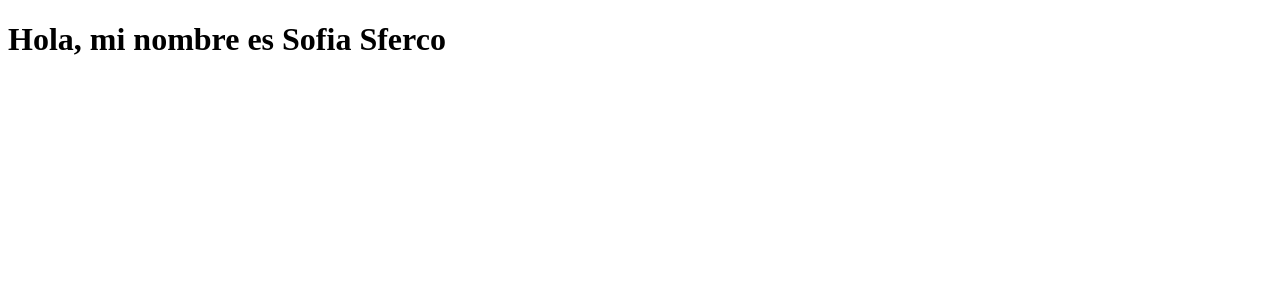
Repository: SofiaSferco/PWA-2026
Page: practico01/index.html
The author's editor kept a copy of each file at every save. The page is drawn from the files as they stood at one save, then again after the next save.
The browser window is 1280 px wide. The pictures show the whole page.

Above is the page before, as saved 2026-09-10 00:09:01.

### practico01/index.html
<!DOCTYPE html>
<html lang="en">
<head>
    <meta charset="UTF-8">
    <title>Practico 01</title>
    <script src="https://cdn.jsdelivr.net/npm/vue/dist/vue.js"></script>
</head>
<body>
    <div id="app">
        <h1>Hola, mi nombre es {{nombre}} </h1>
    </div>
    <script>
       var app= new Vue({
           el: '#app',
           data: {
               nombre: 'Sofia Sferco',
               edad: 33,
               ciudad: 'Viedma',
           }
       })
    </script>
</body>
</html>

After the next save:
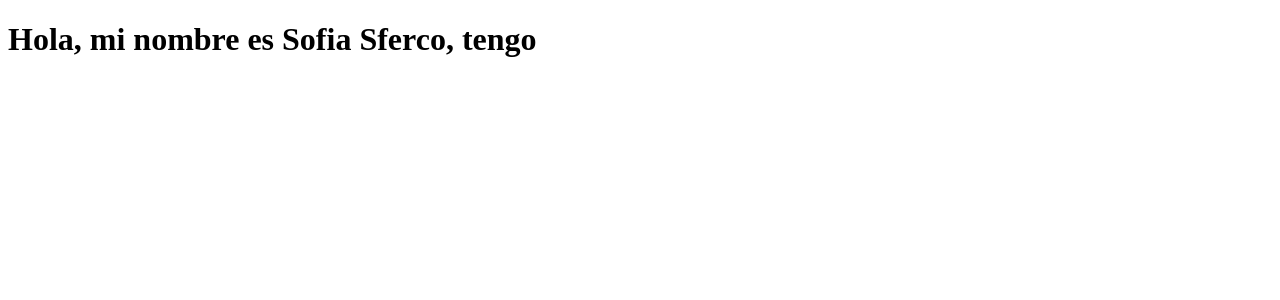
Saved 18 s later.
--- a/practico01/index.html
+++ b/practico01/index.html
@@ -7,7 +7,7 @@
 </head>
 <body>
     <div id="app">
-        <h1>Hola, mi nombre es {{nombre}} </h1>
+        <h1>Hola, mi nombre es {{nombre}}, tengo  </h1>
     </div>
     <script>
        var app= new Vue({
